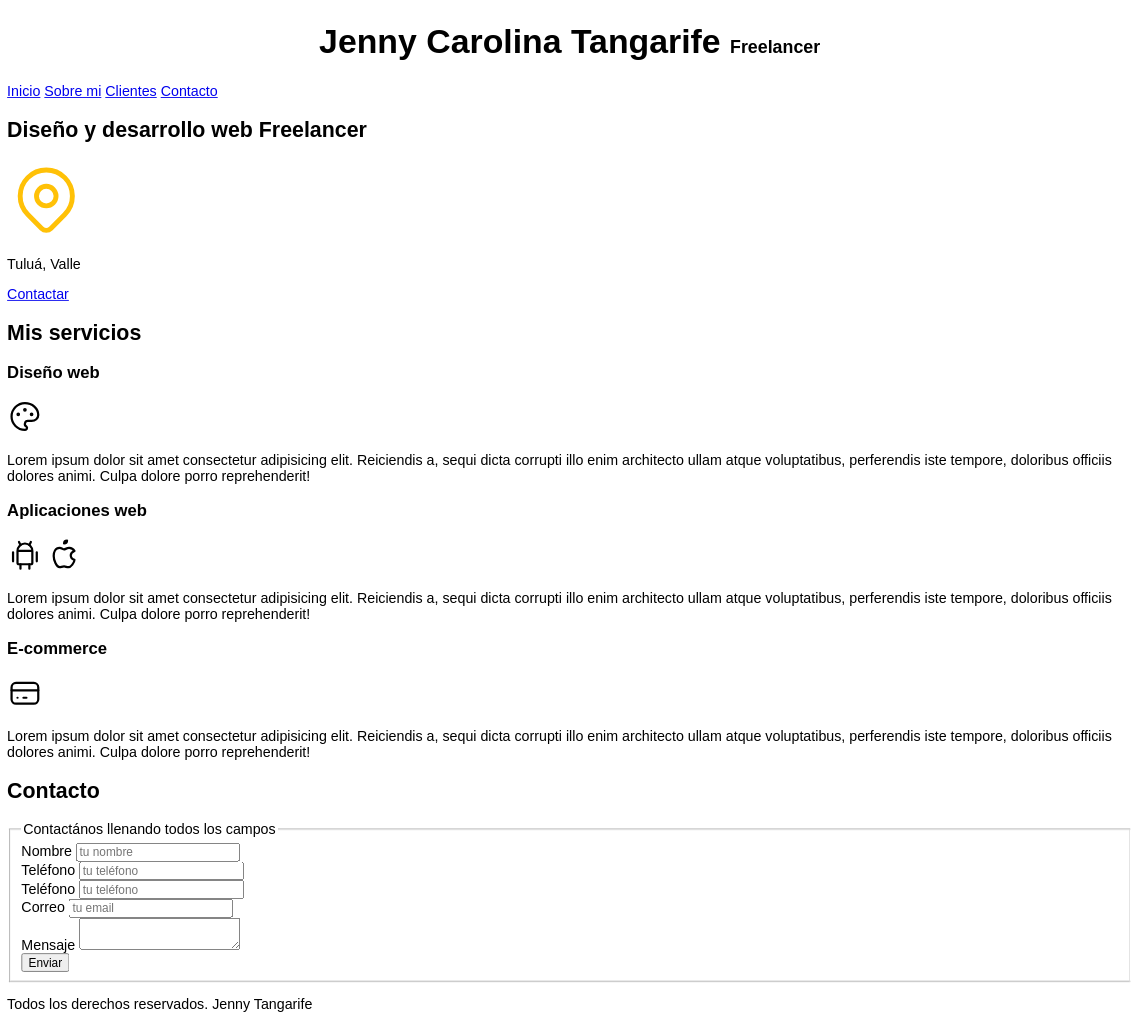
Repository: Jenny980/Sitio-freelancer
Page: index.html
The author's editor kept a copy of each file at every save. The page is drawn from the files as they stood at one save, then again after the next save.
The browser window is 1280 px wide. The pictures show the whole page, at 89% of full size.
Some web fonts or font styles are not loaded; a fallback is used.

Above is the page before, as saved 2023-02-24 16:34:07.

After the next save:
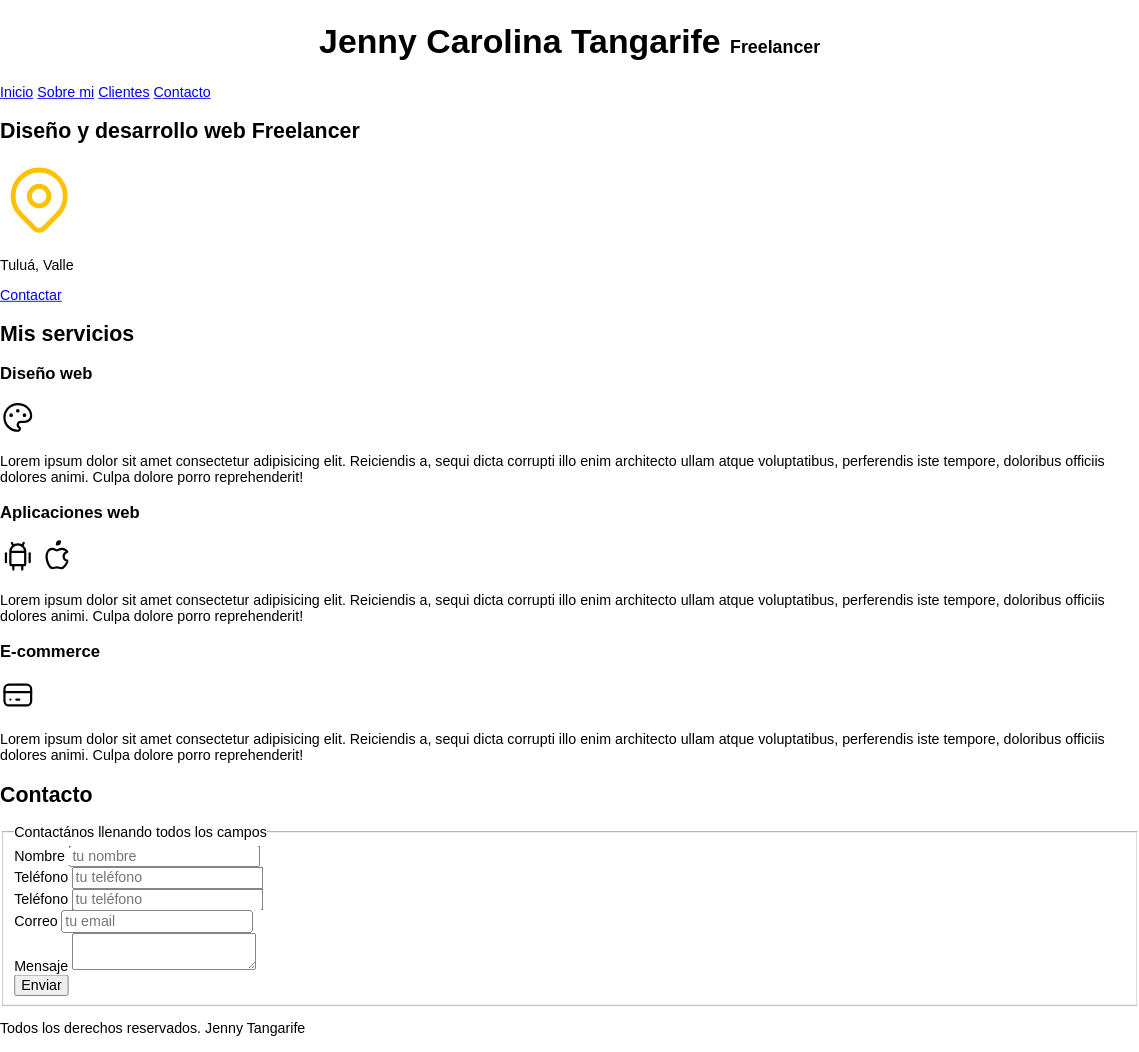
Saved 74 s later.
--- a/index.html
+++ b/index.html
@@ -5,6 +5,7 @@
     <meta http-equiv="X-UA-Compatible" content="IE=edge">
     <meta name="viewport" content="width=device-width, initial-scale=1.0">
     <title>Diseñador Freelancer</title>
+    <link rel="stylesheet" href="css/normalize.css">
     <link href="https://fonts.googleapis.com/css2?family=Krub:wght@400;700&display=swap" rel="stylesheet">
     <link rel="preload" href="css/styles.css" as="style">
     <link rel="stylesheet" href="css/styles.css">
